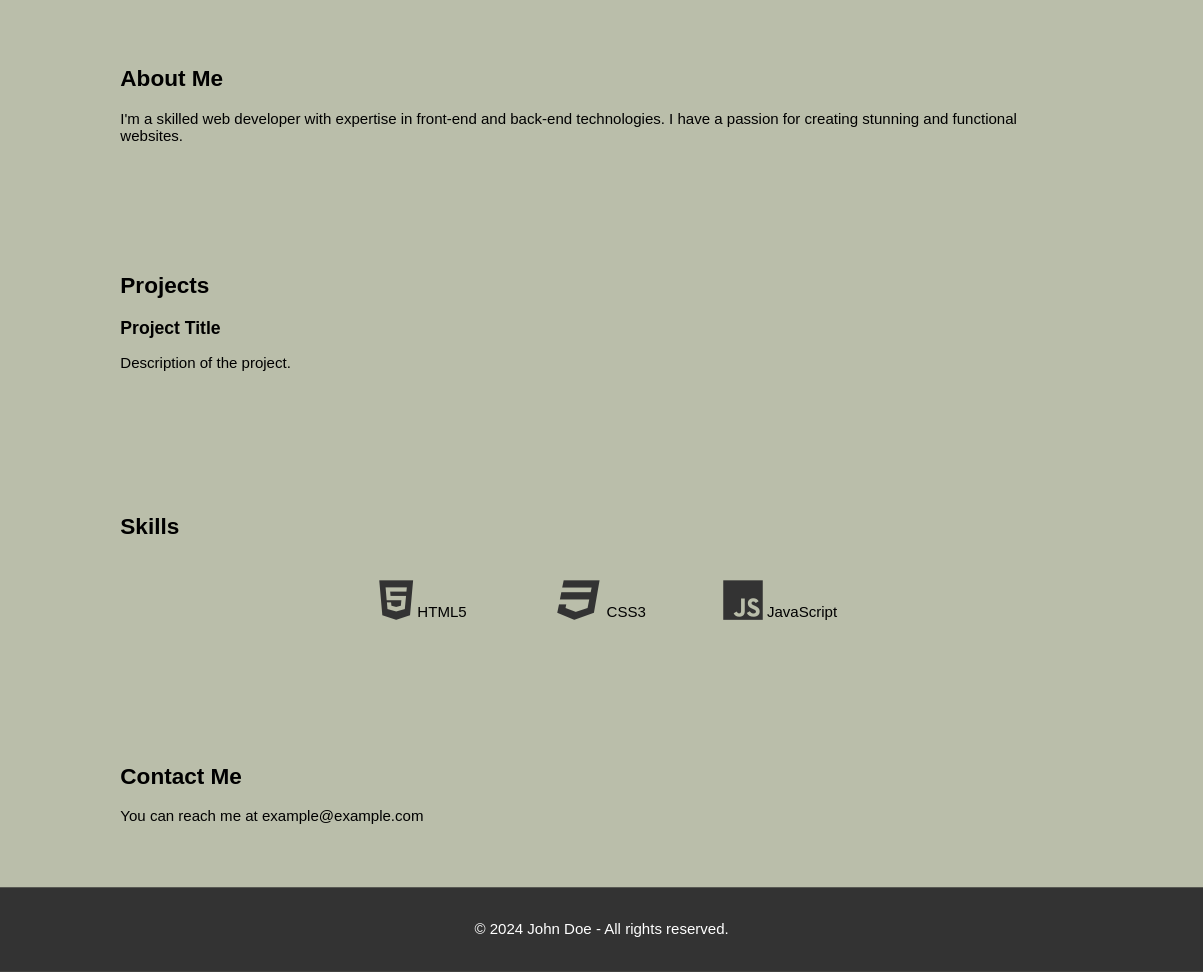
Repository: JaswanthT1/Portfolio
Page: index.html
The author's editor kept a copy of each file at every save. The page is drawn from the files as they stood at one save, then again after a run of saves.
The browser window is 1280 px wide. The pictures show the part of the page from y = 718 to 1752 px (the page is 1752 px tall), at 94% of full size.

Above is the page before, as saved 2024-04-25 08:37:45.
Not found: script.js

### index.html
<!DOCTYPE html>
<html lang="en">
  <head>
    <meta charset="UTF-8" />
    <meta name="viewport" content="width=device-width, initial-scale=1.0" />
    <title>My Premium Portfolio</title>
    <link rel="stylesheet" href="style.css" />
    <link
      rel="stylesheet"
      href="https://cdnjs.cloudflare.com/ajax/libs/font-awesome/5.15.4/css/all.min.css"
    />
  </head>
  <body>
    <header>
      <div class="container">
        <h1>John Doe</h1>
        <nav>
          <ul>
            <li><a href="#about">About</a></li>
            <li><a href="#projects">Projects</a></li>
            <li><a href="#skills">Skills</a></li>
            <li><a href="#contact">Contact</a></li>
          </ul>
        </nav>
      </div>
    </header>

    <section id="hero">
      <div class="hero-content">
        <h2>Welcome to My Premium Portfolio</h2>
        <p>I'm a passionate developer ready to bring your projects to life.</p>
        <a href="#contact" class="btn">Hire Me</a>
      </div>
    </section>

    <section id="about">
      <div class="container">
        <h2>About Me</h2>
        <p>
          I'm a skilled web developer with expertise in front-end and back-end
          technologies. I have a passion for creating stunning and functional
          websites.
        </p>
      </div>
    </section>

    <section id="projects">
      <div class="container">
        <h2>Projects</h2>
        <div class="project">
          <h3>Project Title</h3>
          <p>Description of the project.</p>
        </div>
        <!-- Add more projects here -->
      </div>
    </section>

    <section id="skills">
      <div class="container">
        <h2>Skills</h2>
        <div class="skills">
          <div class="skill">
            <i class="fab fa-html5"></i>
            <span>HTML5</span>
          </div>
          <div class="skill">
            <i class="fab fa-css3"></i>
            <span>CSS3</span>
          </div>
          <div class="skill">
            <i class="fab fa-js"></i>
            <span>JavaScript</span>
          </div>
          <!-- Add more skills here -->
        </div>
      </div>
    </section>

    <section id="contact">
      <div class="container">
        <h2>Contact Me</h2>
        <p>You can reach me at example@example.com</p>
      </div>
    </section>

    <footer>
      <div class="container">
        <p>&copy; 2024 John Doe - All rights reserved.</p>
      </div>
    </footer>

    <script src="script.js"></script>
  </body>
</html>

### style.css
/* Basic styles */

body {
  font-family: Arial, sans-serif;
  margin: 0;
  padding: 0;
  background-color: rgb(186, 190, 170);
}

.container {
  width: 80%;
  margin: 0 auto;
}

header {
  background-color: #333;
  color: #2eb5d7;
  padding: 20px 0;
}

header h1 {
  margin: 0;
}

nav ul {
  list-style: none;
  padding: 0;
}

nav ul li {
  display: inline;
  margin-right: 20px;
}

nav ul li a {
  color: #fff;
  text-decoration: none;
}

section {
  padding: 50px 0;
}

/* Hero section styles */

#hero {
  background-image: url("hero-bg.jpg");
  background-size: cover;
  background-position: center;
  color: #fff;
  text-align: center;
  padding: 200px 0;
}

.hero-content {
  max-width: 600px;
  margin: 0 auto;
}

.hero-content h2 {
  font-size: 36px;
  margin-bottom: 20px;
}

.hero-content p {
  font-size: 18px;
  margin-bottom: 40px;
}

.btn {
  display: inline-block;
  background-color: #333;
  color: #fff;
  padding: 10px 20px;
  text-decoration: none;
  border-radius: 5px;
}

.btn:hover {
  background-color: #555;
}

/* Project section styles */

.project {
  margin-bottom: 30px;
}

.project h3 {
  margin-top: 0;
}

/* Skills section styles */

.skills {
  display: flex;
  flex-wrap: wrap;
  justify-content: center;
}

.skill {
  text-align: center;
  margin: 0 20px;
  padding: 20px 0;
  width: 150px;
}

.skill i {
  font-size: 48px;
  margin-bottom: 10px;
  color: #333;
}

/* Footer styles */

footer {
  background-color: #333;
  color: #fff;
  text-align: center;
  padding: 20px 0;
}

After the next 2 saves:
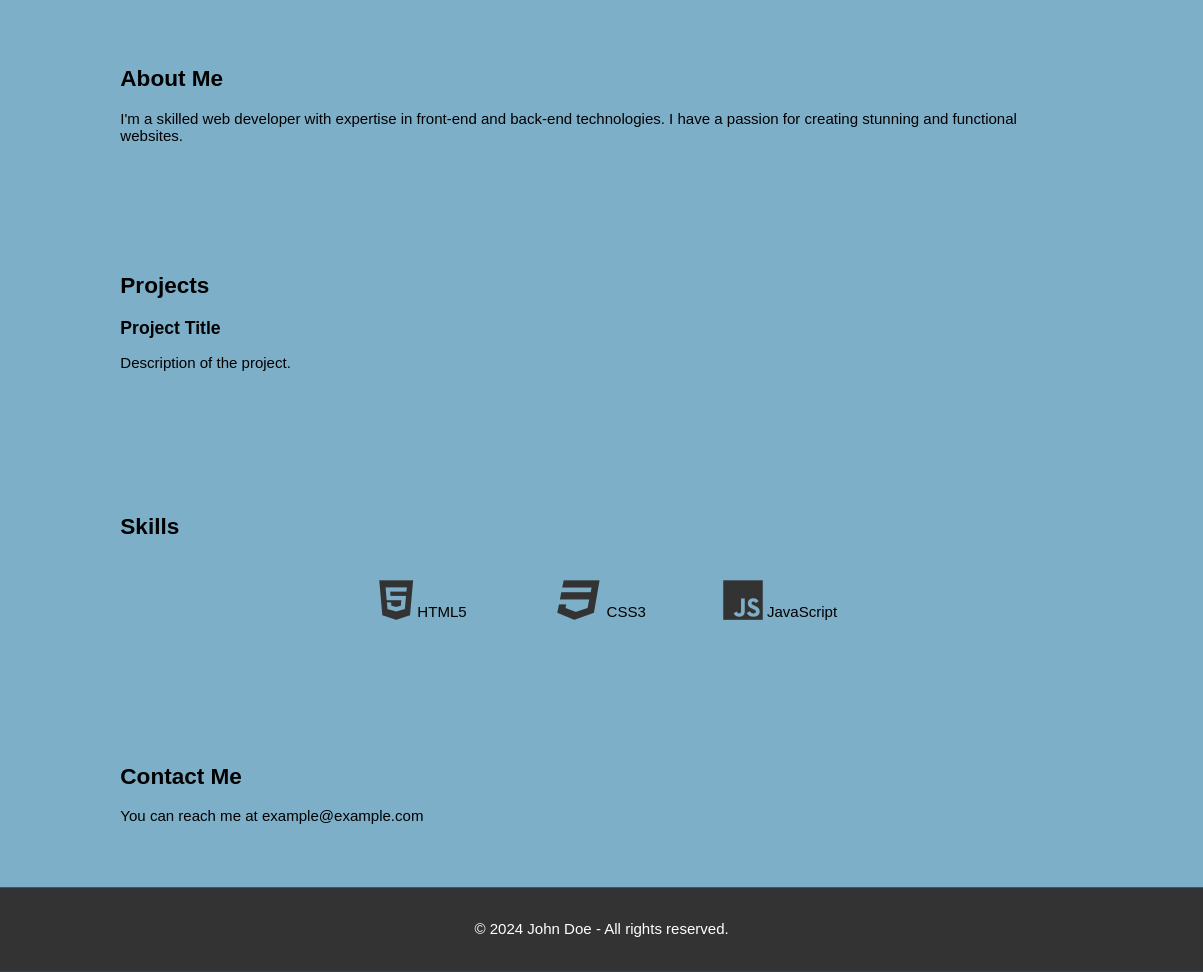
The 2 saves are shown as one change because they came seconds apart.
The last was saved 15 s later.
--- a/style.css
+++ b/style.css
@@ -4,7 +4,7 @@ body {
   font-family: Arial, sans-serif;
   margin: 0;
   padding: 0;
-  background-color: rgb(186, 190, 170);
+  background-color: rgb(126, 175, 200);
 }
 
 .container {
